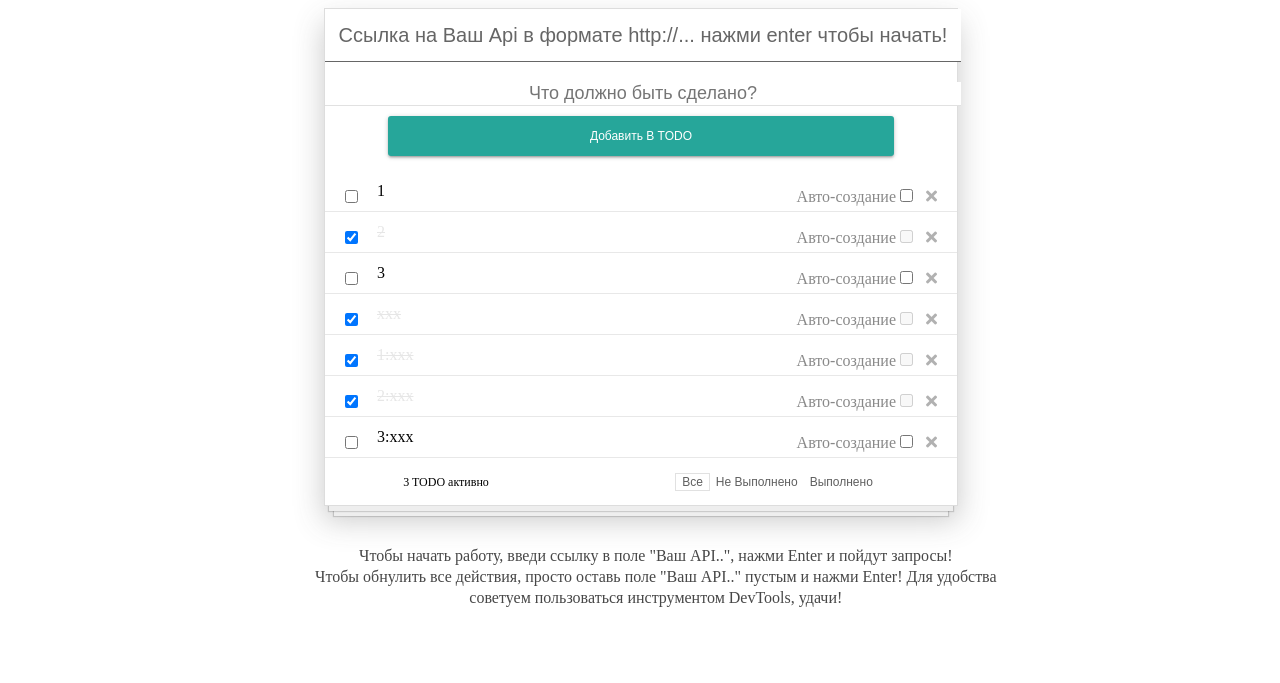
Repository: AntonBrock/taskTodo_for-backend
Page: /
The author's editor kept a copy of each file at every save. The page is drawn from the files as they stood at one save, then again after the next save.
The browser window is 1280 px wide. The pictures show the whole page.
Some web libraries are served in a nearby version. The project was rebuilt for these pictures with package versions that can differ from the ones it lists, and the page was loaded fresh each time.

Above is the page before, as saved 2019-04-30 14:22:34.

After the next save:
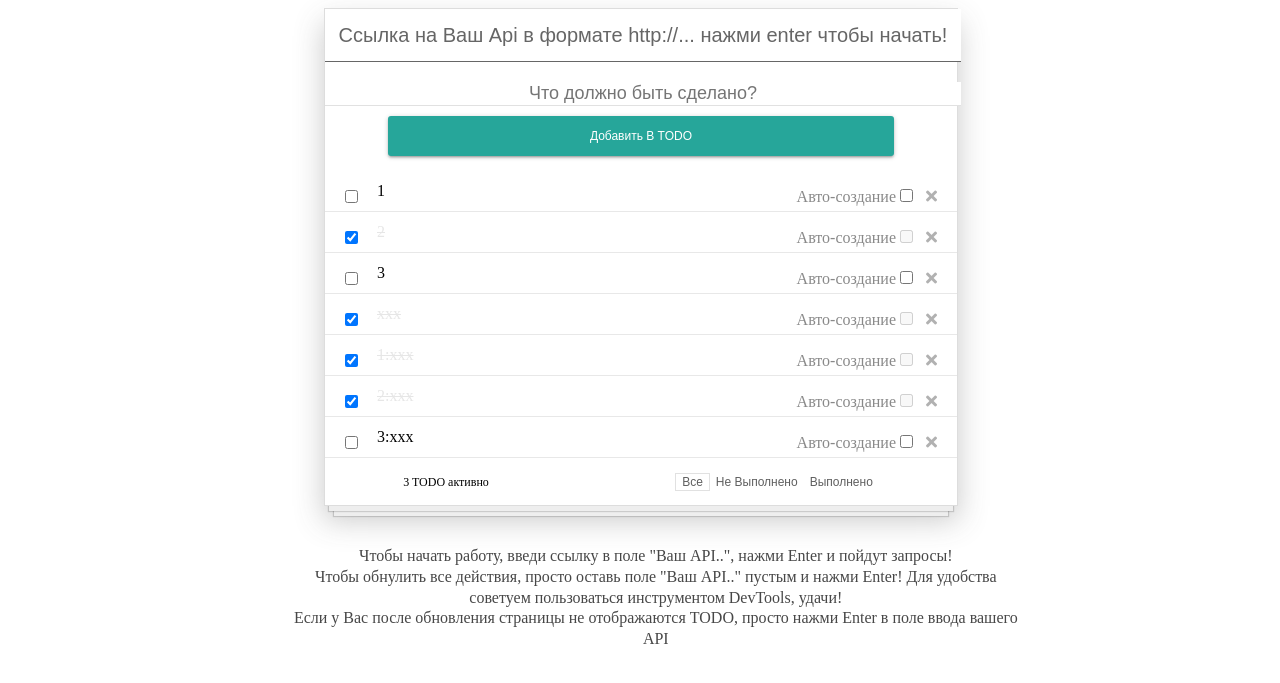
Saved 28 min 45 s later.
--- a/src/App.vue
+++ b/src/App.vue
@@ -2,7 +2,7 @@
   #app
     Todolist
     .helpContainer
-      p.helpText Чтобы начать работу, введи ссылку в поле "Ваш API..", нажми Enter и пойдут запросы! <br> Чтобы обнулить все действия, просто оставь поле "Ваш API.." пустым и нажми Enter! Для удобства советуем пользоваться инструментом DevTools, удачи!
+      p.helpText Чтобы начать работу, введи ссылку в поле "Ваш API..", нажми Enter и пойдут запросы! <br> Чтобы обнулить все действия, просто оставь поле "Ваш API.." пустым и нажми Enter! Для удобства советуем пользоваться инструментом DevTools, удачи! <br> Если у Вас после обновления страницы не отображаются TODO, просто нажми Enter в поле ввода вашего API
 </template>
 
 <script>
